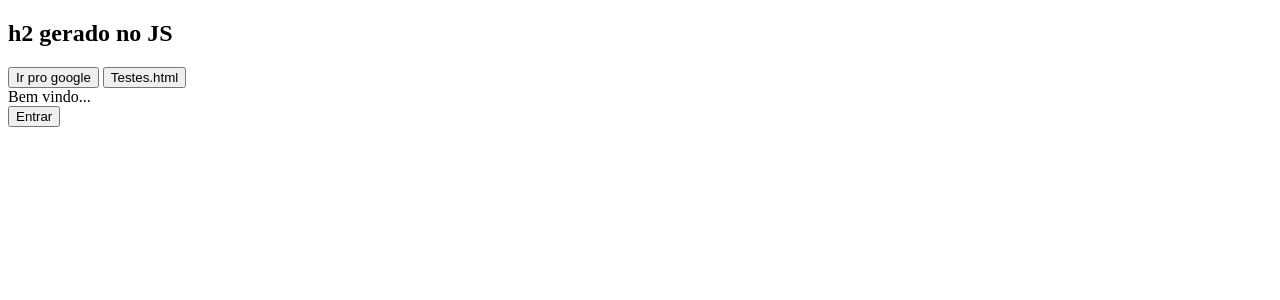
Repository: joaoaspimienta/Testes-e-estudo-de-ReactJS
Page: src/Anotações.html
An editor plug-in stored every save of this project. The page is shown before and after the next save, followed by the edit.
The browser window is 1280 px wide. The pictures show the whole page.

Above is the page before, as saved 2021-12-27 19:00:22.

After the next save:
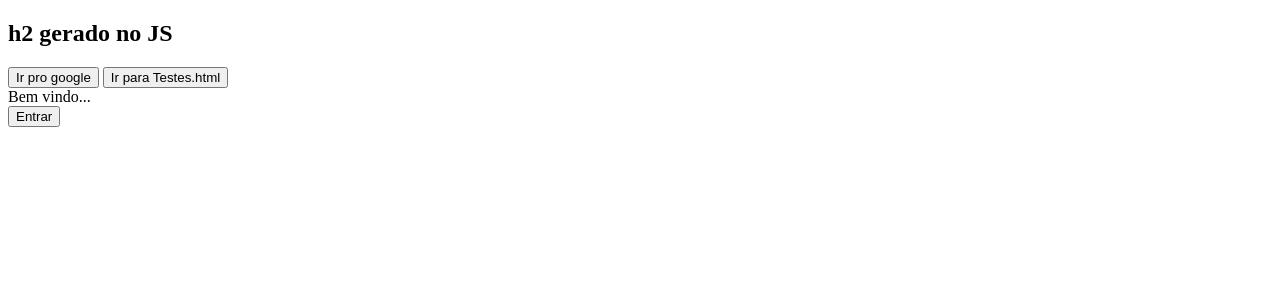
Saved 14 s later.
--- a/src/Anotações.html
+++ b/src/Anotações.html
@@ -7,7 +7,7 @@
   <body>
     <button onClick="window.location.href='https://www.google.com';">Ir pro google</button>
 
-    <button onClick="window.location.href='Testes.html';">Testes.html</button>
+    <button onClick="window.location.href='Testes.html';">Ir para Testes.html</button>
 
     <div id="area">Bem vindo...</div>
 
